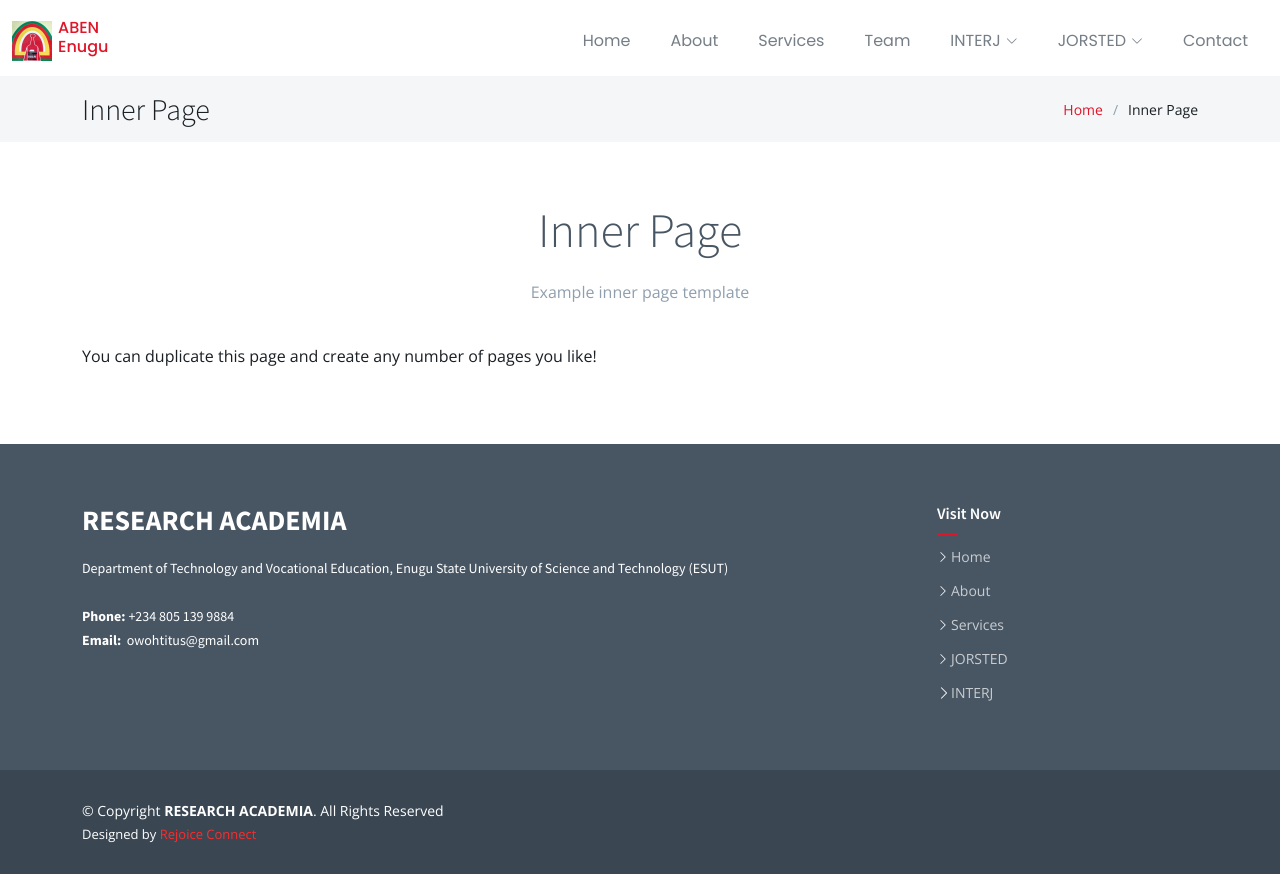
Repository: RejoiceOwoh/research-academia
Page: about.html
These files come from the project's save history. The page is drawn as it stood at one moment and after the next save; the edit follows.
The browser window is 1280 px wide. The pictures show the whole page.

Above is the page before, as saved 2023-07-14 10:36:39.

After the next save:
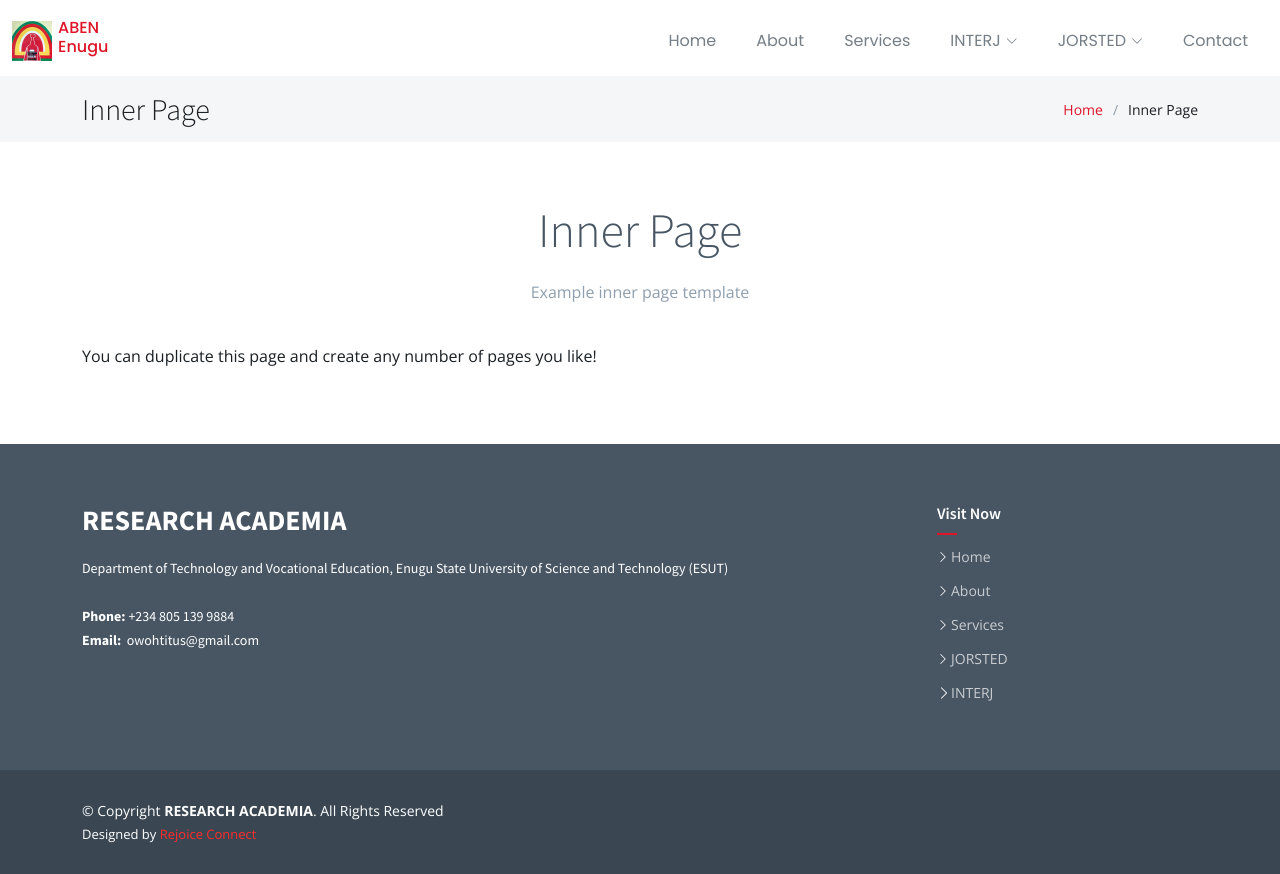
Saved 29 s later.
--- a/about.html
+++ b/about.html
@@ -56,7 +56,6 @@
           <li><a class="nav-link scrollto" href="index.html">Home</a></li>
           <li><a class="nav-link scrollto" href="index.html#about">About</a></li>
           <li><a class="nav-link scrollto" href="index.html#services">Services</a></li>
-          <li><a class="nav-link scrollto" href="index.html#team">Team</a></li>
            <li class="dropdown"><a href="INTERJ-vol-1.html"><span>INTERJ</span> <i class="bi bi-chevron-down dropdown-indicator"></i></a>
             <ul>
               <li><a href="INTERJ-vol-1.html">Vol 1 (2013)</a></li>
